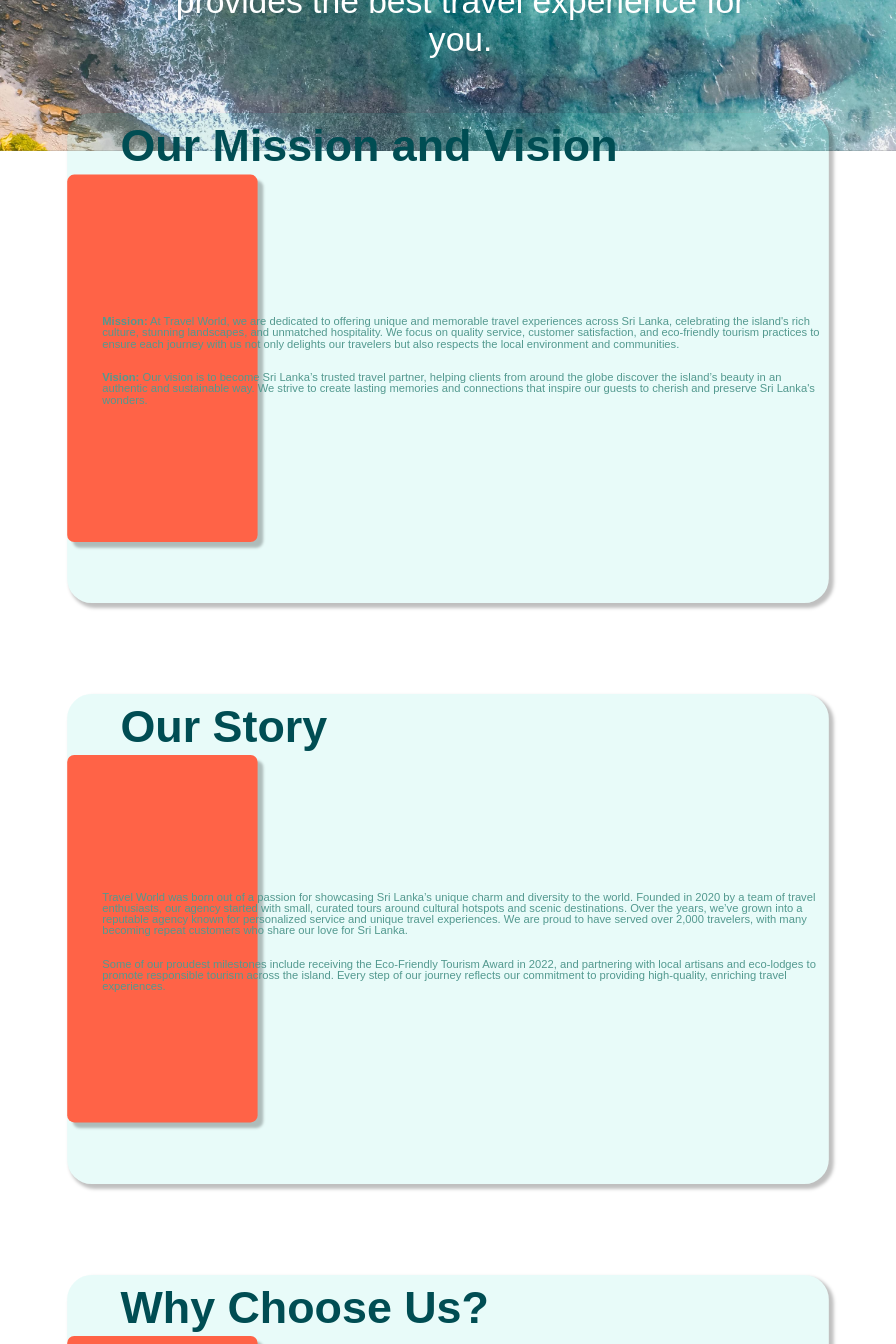
Repository: Haakim19/TavelWorld
Page: HTML/Aboutus.html
These files come from the project's save history. The page is drawn as it stood at one moment and after the next save; the edit follows.
The browser window is 1280 px wide. The pictures show the part of the page from y = 468 to 2388 px (the page is 5265 px tall), at 70% of full size.
Some web fonts or font styles are not loaded; a fallback is used.

Above is the page before, as saved 2024-11-03 15:54:23.

### HTML/Aboutus.html
<!DOCTYPE html>
<html lang="en">
    <head>
        <meta charset="UTF-8" />
		<meta name="viewport" content="width=device-width, initial-scale=1.0" />
		<title>Travel World</title>
        <link rel="icon" href="../Assets/icon/location.png" type="image/png">
        <link rel="stylesheet" href="../CSS/Navbar.CSS">
        <link rel="stylesheet" href="../CSS/Aboutus.css">
        <link rel="preconnect" href="https://fonts.googleapis.com">
        <link rel="preconnect" href="https://fonts.gstatic.com" crossorigin>
        <link href="https://fonts.googleapis.com/css2?family=Irish+Grover&family=Jaldi:wght@400;700&family=Playwrite+GB+S:ital,wght@0,100..400;1,100..400&display=swap" rel="stylesheet">
</head>
<body>
        <div class="bg-img">
            <!-- Navigation Bar -->
            <nav class="navbar">
                <div class="logo">
                    <img src="../Assets/icon/location.png" alt="" />
                    Travel <span>World</span>
                </div>
                <div class="page">
                    <a href="Home.html">Home</a>
                    <a href="Aboutus.html">About us</a>
                    <a href="Packages.html">Packages</a>
                    <a href="Destination.html">Destination</a>
                    <a href="Enquiry.html" class="enquiry-btn">Enquiry</a>
                </div>
            </nav>
            <section class="hero">
                <div class="hero-overlay">
                    <h1>About Us</h1>
                    <p>Travel World is a travel agency that provides the best travel experience for you.</p>
                </div>
            </section>
            <img class="hero-img" src="../Assets/Images/beach.jpg" alt="">
            <div class="container cont1">
                <h2>Our Mission and Vision</h2>
                <div class="box box1">
                </div>
                <section class="mission-vision">
                    <p><strong>Mission:</strong> At Travel World, we are dedicated to offering unique and memorable travel experiences across Sri Lanka, celebrating the island's rich culture, stunning landscapes, and unmatched hospitality. We focus on quality service, customer satisfaction, and eco-friendly tourism practices to ensure each journey with us not only delights our travelers but also respects the local environment and communities.</p>
                    <p><strong>Vision:</strong> Our vision is to become Sri Lanka’s trusted travel partner, helping clients from around the globe discover the island’s beauty in an authentic and sustainable way. We strive to create lasting memories and connections that inspire our guests to cherish and preserve Sri Lanka's wonders.</p>
                </section>
            </div>
            <div class="container cont1">
                <h2>Our Story</h2>
                <div class="box box2">

                </div>
                <section class="our-story">
                    <p>Travel World was born out of a passion for showcasing Sri Lanka’s unique charm and diversity to the world. Founded in 2020 by a team of travel enthusiasts, our agency started with small, curated tours around cultural hotspots and scenic destinations. Over the years, we’ve grown into a reputable agency known for personalized service and unique travel experiences. We are proud to have served over 2,000 travelers, with many becoming repeat customers who share our love for Sri Lanka.</p>
                    <p>Some of our proudest milestones include receiving the Eco-Friendly Tourism Award in 2022, and partnering with local artisans and eco-lodges to promote responsible tourism across the island. Every step of our journey reflects our commitment to providing high-quality, enriching travel experiences.</p>
                </section>
            </div>
            <div class="container cont1">
                <h2>Why Choose Us?</h2>
                <div class="box box3">

                </div>
                <section class="why-choose-us">
                    <p><strong>Customized Travel Packages:</strong> We understand that each traveler is unique. Our team designs personalized itineraries that align with your interests, whether you’re seeking adventure, relaxation, cultural immersion, or wildlife encounters.</p>
                    <p><strong>Experienced Guides:</strong> Our guides are locals with extensive knowledge of Sri Lanka’s history, culture, and hidden gems. They’re not just guides but storytellers, committed to making each trip insightful and unforgettable.</p>
                    <p><strong>Community Partnerships:</strong> We believe in supporting the communities we visit. Travel World collaborates with local artisans, small businesses, and eco-friendly lodges, helping to uplift communities while offering you an authentic experience.</p>
                    <p><strong>Eco-Conscious Practices:</strong> Sustainability is at the heart of what we do. From promoting reusable travel items to organizing beach clean-ups, we strive to reduce our footprint and inspire travelers to be eco-conscious too.</p>
                </section>
            </div>
            <div class="container team">
                <h2>Our Team</h2>
                <div class="box box4">
                    <div class="box-content">
                        <h3><strong>Haakim Ajmal</strong></h3>
                        <h4 class="position">Founder and CEO</h4>
                        <h5>With over 15 years in the travel industry,
                            Haakim founded Travel World to share Sri Lanka’s hidden wonders with the world.
                            His vision and commitment to responsible tourism shape every aspect of our agency.</h5>
                    </div>
                </div>
                <div class="box box5">
                    <div class="box-content">
                        <h3><strong>Zulkifl Ajmal</strong> </h3>
                        <h4 class="position">Tour Coordinator</h4>
                        <h5>Zulkifl handles the details, ensuring every trip is seamless.
                            Her love for Sri Lanka’s cultural heritage and landscapes shines through in the bespoke tours she designs.</h5>
                    </div>
                </div>
                <div class="box box6">
                    <div class="box-content">
                        <h3><strong>Zoro</strong></h3>
                        <h4 class="position">Senior Tour Guide</h4>
                        <h5>Zoro is a passionate storyteller with a deep knowledge of Sri Lanka’s history,
                            wildlife, and culture. His tours are rich in insights,
                            and he goes above and beyond to ensure every guest has a memorable experience.</h5>
                    </div>
                </div>
            </div>
            <div class="container cont1">
                <h2>Customer Testimonials</h2>
                <div class="box box7">

                </div>
                <Section class="customer-testimonials">
                    <blockquote>
                        <p>"Traveling with Travel World was a dream come true! The team organized everything seamlessly,
                            and our guide made us feel at home every step of the way.
                            I’ll never forget the whale watching in Mirissa or the warm hospitality we encountered."
                            - <span>Amelia R., United Kingdom</span></p>
                    </blockquote>
                    <blockquote>
                        <p>"We wanted a sustainable travel option, and Travel World exceeded our expectations.
                            Not only did we see incredible places,
                            but we also supported local businesses and learned so much about preserving Sri Lanka’s natural beauty." -
                            <span> Jordan S., Australia</span></p>
                    </blockquote>
                </Section>
            </div>
        </div>
<footer class="footer"></footer>
    <div class="footer-content">
        <div class="footer-section about">
            <h2>About Travel World</h2>
            <p>Travel World is dedicated to providing the best travel experiences across Sri Lanka, focusing on quality service, customer satisfaction, and eco-friendly tourism practices.</p>
        </div>
        <div class="footer-section links">
            <h2>Quick Links</h2>
            <ul>
                <li><a href="Home.html">Home</a></li>
                <li><a href="Aboutus.html">About Us</a></li>
                <li><a href="Packages.html">Packages</a></li>
                <li><a href="Destination.html">Destination</a></li>
                <li><a href="Enquiry.html">Enquiry</a></li>
            </ul>
        </div>
        <div class="footer-section contact">
            <h2>Contact Us</h2>
            <p>Email: info@travelworld.com</p>
            <p>Phone: +94 123 456 789</p>
            <p>Address: 123 Travel Lane, Colombo, Sri Lanka</p>
        </div>
    </div>
    <div class="footer-bottom">
        &copy; 2023 Travel World | Designed by Travel World Team
    </div>
</footer>

</body>
</html>

### CSS/Navbar.CSS
body{
    margin: 0;
    padding: 0;
    /* background-color: #ffffff; */
}
/* Background image */
.bg-img img{
    width: 100%;
    height: 95vh;
    object-fit: cover;
    object-position: top;
    background-attachment: scroll;
}

.hero-img {
    /* filter: blur(2px); */
    position:absolute;
    top: 0;
    z-index: 1;
    background-color:black;;
}
/* Navigation bar */
nav{
    position: relative;
    display: flex;
    align-items: center;
    justify-content: space-between;
    z-index: 1000;
    padding-top: 30px;
}
.logo{
    margin-left: 5vh;
    font-family: "Irish Grover", system-ui;
    color: #ffffff;
    font-size: 3.5rem;
    display: flex;
    justify-content:center;
    align-items: center;
    padding: 5px 10px 5px 10px;
}
.logo img{
    width: 50px;
    height: 50px;
    color: #ffffff;
}

.page {
    margin-right : 16vh;

}

.page a{
    /* display: flex; */
    font-size: 1.5rem;
    color: #ffffff;
    font-family:"Jaldi", sans-serif;
    justify-content: space-evenly;
    align-items: center;
    padding: 2px 10px 2px 10px;
    text-decoration: none;
    transition: all 0.5s ease;
}
.page a:hover{
    color: #E2652B;
}
.page .enquiry-btn{
    background-color:#E2652B;
    color: white;
    border-radius: 5px;
    transition: all 0.5s ease;
}
.page .enquiry-btn:hover{
    color:#E2652B;
    background-color: rgb(255, 255, 255);
    border-radius: 5px;
}
section {
    position: relative;
    z-index: 1000;
    color: #ffffff;
    display: flex;
    flex-direction: column;
    justify-content: center;
    align-items: center;
    margin-top: 1vh;

}

.hero .hero-overlay h1 {
    /* margin-right: 10vh; */
    font-family: "Playwrite GB S", serif;
    font-weight: 700;
    font-style:oblique;
    font-size: 10rem;
    margin-bottom: -10px;
}

.hero .hero-overlay p {
    margin-left: 15vh;
    margin-top: auto;
    font-family: "Bebas Neue", sans-serif;
    font-weight: 500;
    font-style:normal;
    font-size: 3rem;
    margin-right: 10vh;
}

### CSS/Aboutus.css
.hero{
    display: flex;
    flex-direction: row;
    justify-content: center;
    align-items: center;
    margin-top: -5vh;
    margin-left: 10%;
    margin-right: 10%;
    text-align: center;
}
/* All the container style */
.container{
    position:relative;
    width: 85%;
    height: 700px;
    top: -100px;
    background: hsla(173, 74%, 49%, 0.1);
    box-shadow: 5px 5px 5px 2px rgba(0, 0, 0, 0.25);
    border-radius: 35px;
    display: flex;
    justify-content: center;
    align-items: center;
    margin-top: 18vh;
    margin-left: 7.5%;
    margin-right: 7.5%;
    margin-bottom:15vh;
    z-index: 10;
}
.container h2{
    font-family: "Righteous", sans-serif;
    position: absolute;
    left: 7%;
    top: -10%;
    transform: translateY(100%);
    margin-top: 5px;
    color: #004D53;
    font-size: 4rem;
}
/* Our team card */
.team h3{
    font-family: "Righteous", sans-serif;
    font-size: 3rem;
    margin-top: -5.5vh;
    color: #ffffff;
    margin-bottom: -4vh;
    /* margin-left: 30%; */
    text-align: center;
}
.team h4{
    font-family: "Jaldi", sans-serif;
    font-size: 1.5rem;
    color: #ffffff;
    text-align: center;
    margin-bottom: -2vh;
    color:#E2652B;
    /* line-height:4rem; */
    /* font-size: 2rem; */

}
.team h5{
    font-family: "Jaldi", sans-serif;
    font-size: 1rem;
    color: #ffffff;
    text-align: left;
    margin:10%;
}
/* team cards style */
.team .box{
    position:relative;
    background-color:tomato;
    justify-content: space-evenly;
    margin: 40px;
    width: 25%;
    height: 75%;
    box-shadow: 8px 8px 4px rgba(0, 0, 0, 0.25);
    border-radius: 10px;
    z-index: 10;
    transition: all 0.5s ease;
}
/* team cards animation style */
.team .box .box-content{
    color: #fff;
    background-color: rgba(0, 0, 0, 0.5);
    display: flex;
    width: 100%;
    height: 100%;
    flex-direction: column;
    justify-content: center;
    backdrop-filter: blur(5px);
    opacity: 0;
    transition: all 0.5s ease;
    /* z-index: 1100; */
}
.container .box .box-content:hover{
    opacity: 1;
    border-radius:10px
}
.cont1 .box{
    position:absolute;
    background-color:tomato;
    width: 25%;
    height: 75%;
    /* margin-left: 10%; */
    right:75%;
    box-shadow: 8px 8px 4px rgba(0, 0, 0, 0.25);
    border-radius: 10px;
}
.cont1  section p{
    color: #53998F;
    font-family: "Jaldi", sans-serif;
    /* text-align:start; */
    padding-left: 50px;
    line-height: 1rem;
    /* margin: 10px; */
}

After the next save:
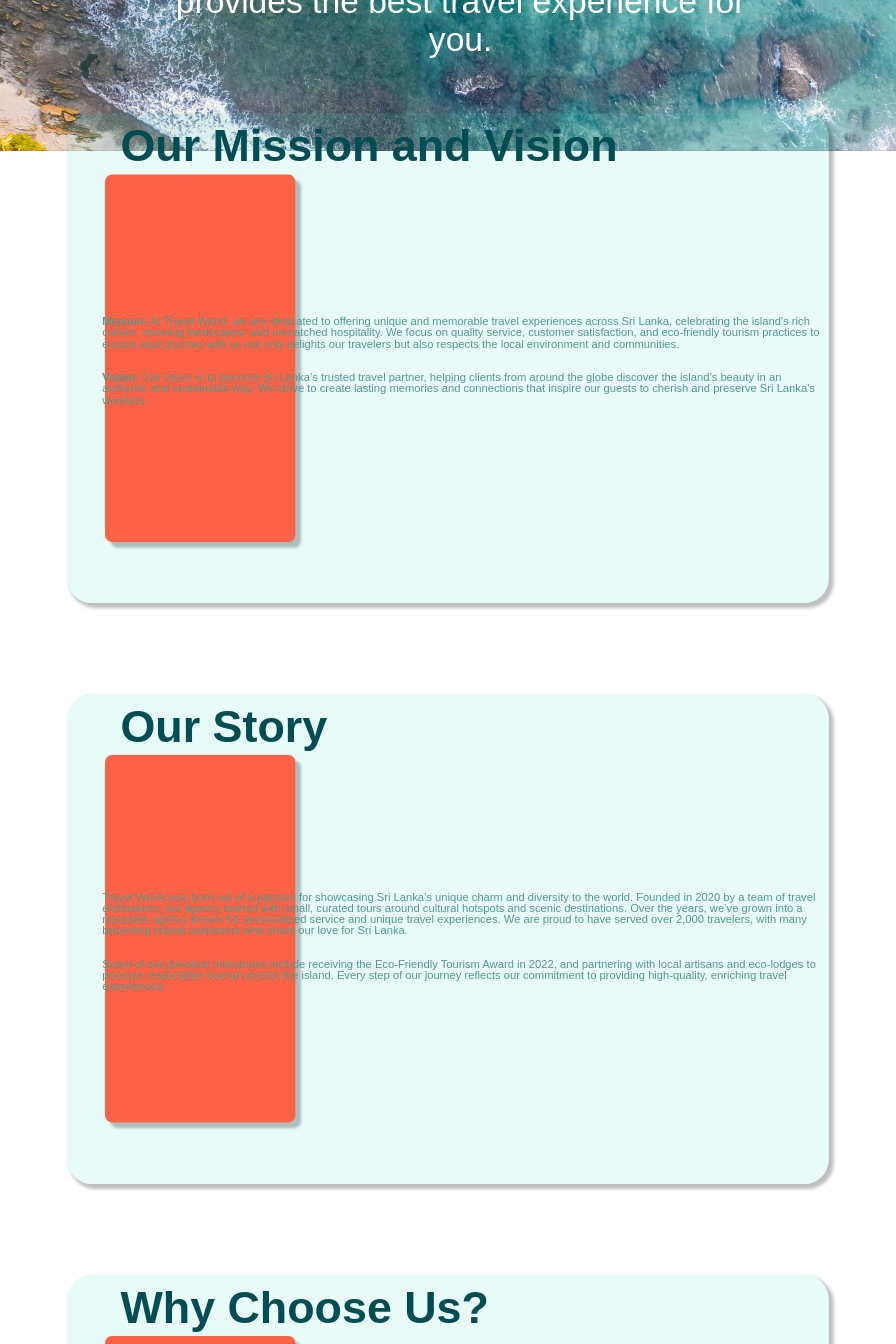
Saved 5 s later.
--- a/CSS/Aboutus.css
+++ b/CSS/Aboutus.css
@@ -101,7 +101,7 @@
     width: 25%;
     height: 75%;
     /* margin-left: 10%; */
-    right:75%;
+    right:70%;
     box-shadow: 8px 8px 4px rgba(0, 0, 0, 0.25);
     border-radius: 10px;
 }
